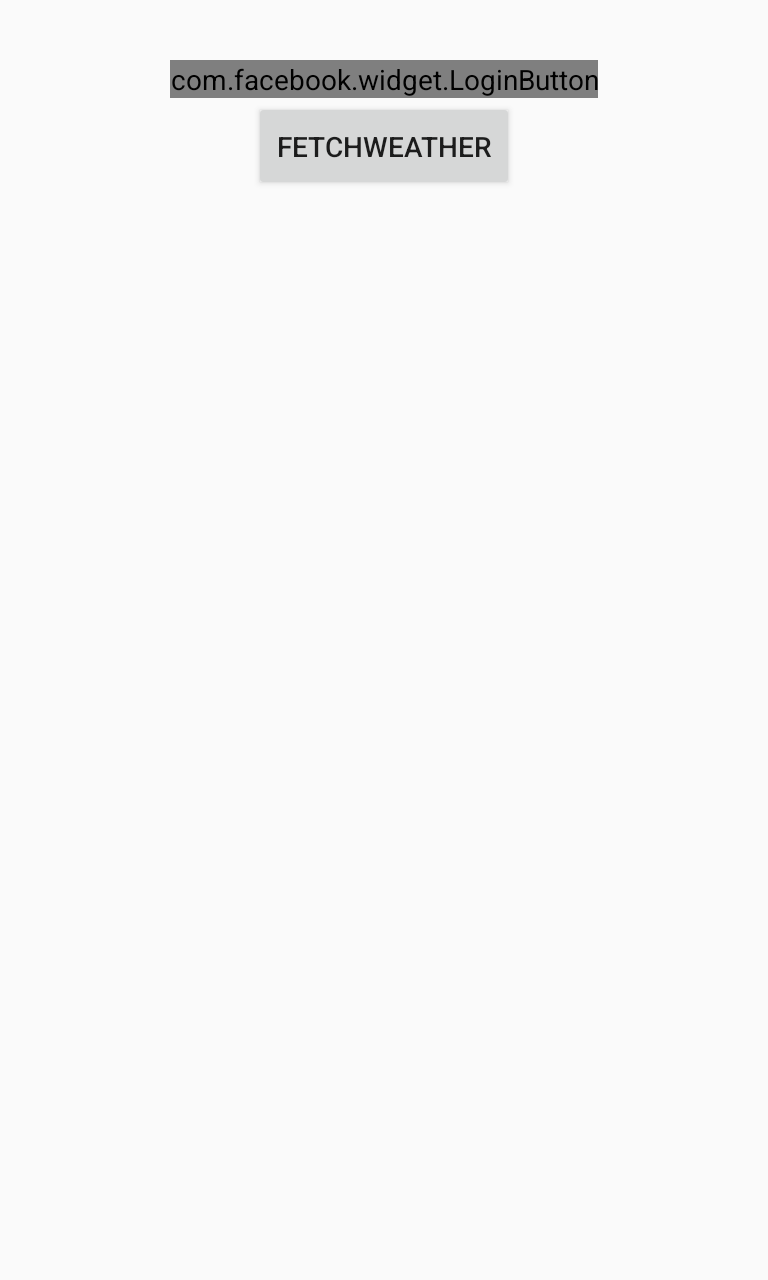
Repository: fasholaide/facebookHackathon
Layout: WeatherDresser/res/layout/main.xml
The author's editor kept a copy of each file at every save. The layout is drawn from the files as they stood at one save, then again after the next save.
Pictures or frames that could not be fetched are drawn as grey boxes. It is drawn on a 768 x 1280 px phone screen (xhdpi) without system bars, with theme AppTheme; the app's code is not run.

Above is the layout before, as saved 2014-11-15 03:49:59.

### WeatherDresser/res/layout/main.xml
<LinearLayout xmlns:android="http://schemas.android.com/apk/res/android"
    xmlns:tools="http://schemas.android.com/tools"
    android:layout_width="match_parent"
    android:layout_height="match_parent"
    android:orientation="vertical">

    <com.facebook.widget.LoginButton
        android:id="@+id/authButton"
        android:layout_width="wrap_content"
        android:layout_height="wrap_content"
        android:layout_gravity="center_horizontal"
        android:layout_marginTop="30dp"
        />

    <Button
        android:id="@+id/fetchWeather"
        android:layout_width="wrap_content"
        android:layout_height="wrap_content"
        android:layout_gravity="center"
        android:text="FetchWeather" />

</LinearLayout>

Loaded but not shown: WeatherDresser/res/values/styles.xml (common file); WeatherDresser/res/values-v11/styles.xml (common file); WeatherDresser/res/values-v14/styles.xml (common file)

After the next save:
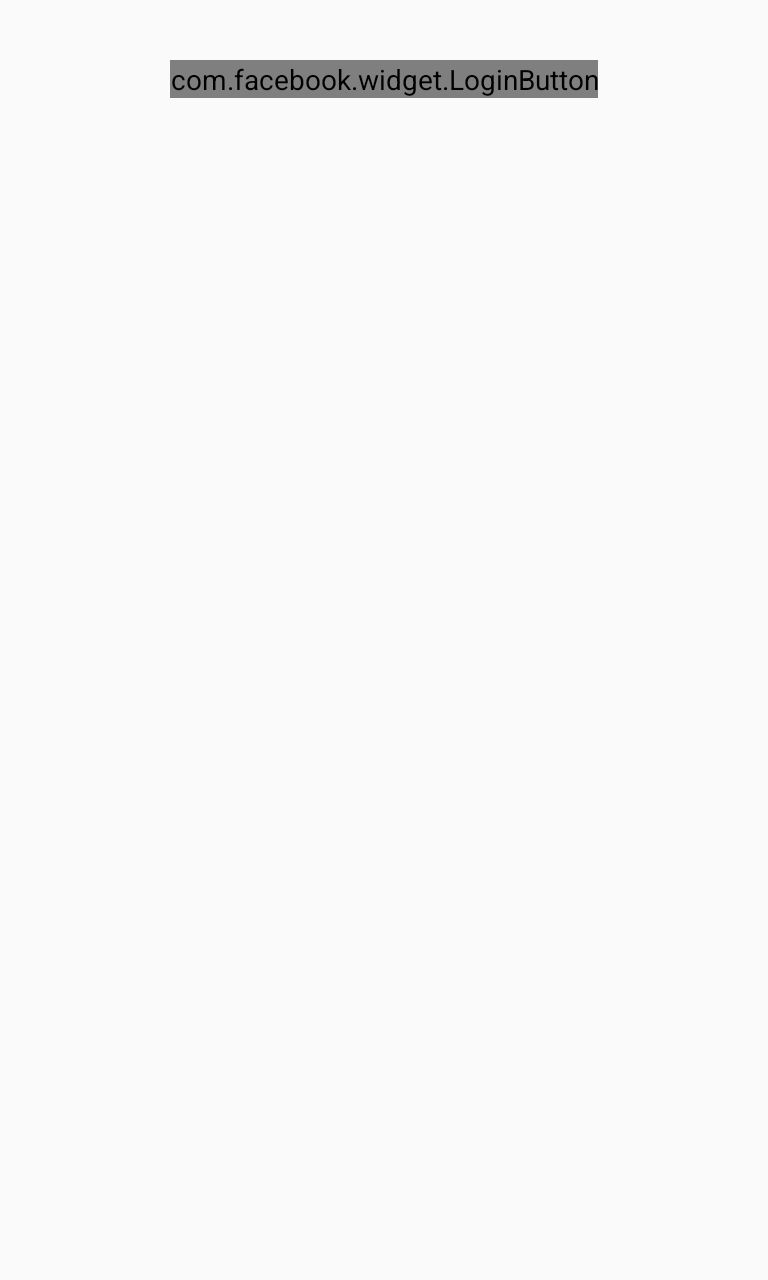
Saved 10 min 57 s later.
--- a/WeatherDresser/res/layout/main.xml
+++ b/WeatherDresser/res/layout/main.xml
@@ -12,11 +12,14 @@
         android:layout_marginTop="30dp"
         />
 
-    <Button
-        android:id="@+id/fetchWeather"
-        android:layout_width="wrap_content"
-        android:layout_height="wrap_content"
-        android:layout_gravity="center"
-        android:text="FetchWeather" />
+    <TextView
+    android:id="@+id/userInfoTextView"
+    android:layout_width="match_parent"
+    android:layout_height="match_parent"
+    android:layout_marginLeft="20dp"
+    android:layout_marginTop="20dp"
+    android:textAppearance="?android:attr/textAppearanceMedium"
+    android:visibility="invisible"
+/>
 
 </LinearLayout>
